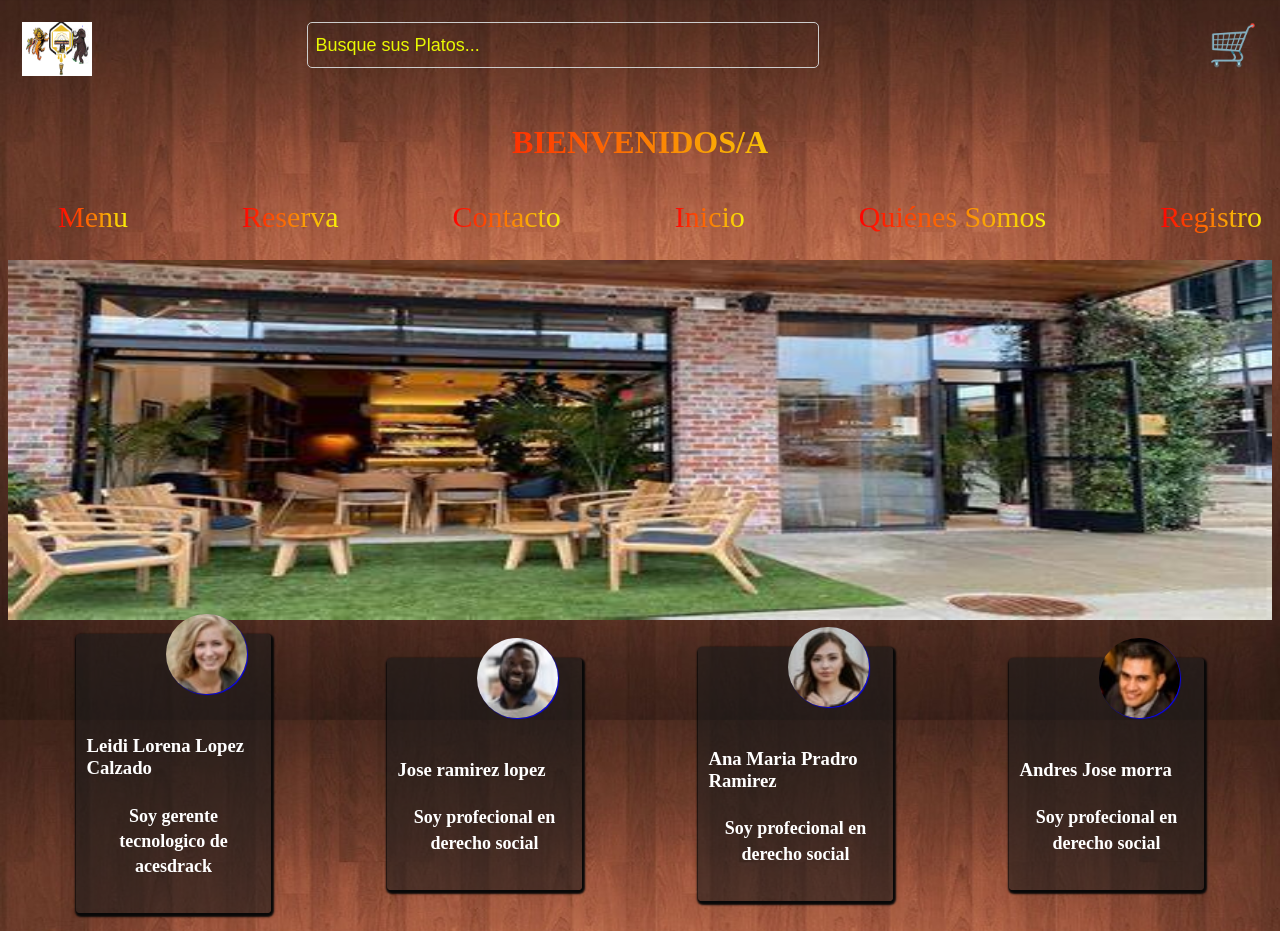
Repository: ye909/app_restaurante
Page: index.html
An editor plug-in stored every save of this project. The page is shown before and after the next save, followed by the edit.
The browser window is 1280 px wide. The pictures show the whole page.
Backgrounds fixed to the window are drawn as part of the page.

Above is the page before, as saved 2025-01-12 07:24:18.
Console error: ReferenceError: menuItems is not defined

After the next save:
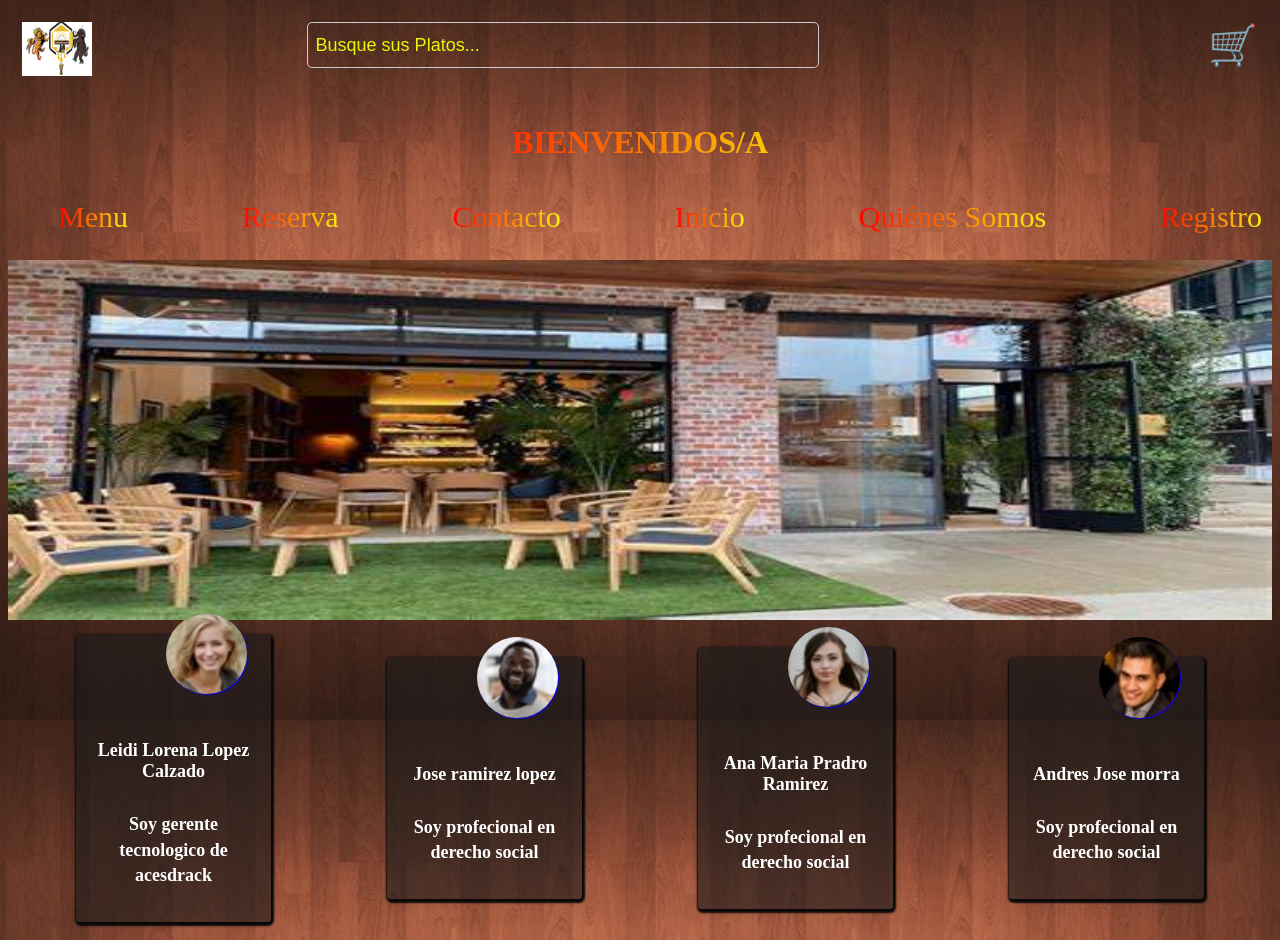
Saved 27 s later.
--- a/css/menu_principal.css
+++ b/css/menu_principal.css
@@ -38,7 +38,7 @@ html {
     border-radius: 80px;
     box-shadow: rgb(8, 4, 247) 1px 1px 1px;
   }
-  .container_persona p {
+  .container_persona p,h3 {
     padding: 6px;
     font-size: 18px;
     list-style: 1.4;
